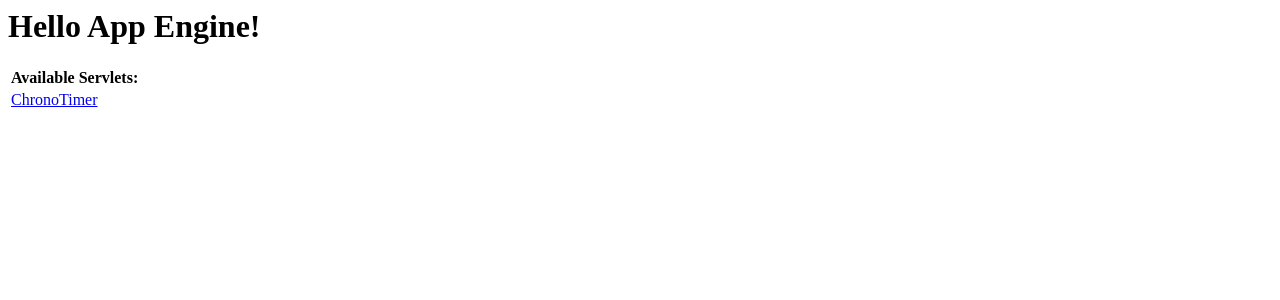
Repository: LogicLion/ChronTimer
Page: ChronoTimer/war/index.html
An editor plug-in stored every save of this project. The page is shown before and after the next save, followed by the edit.
The browser window is 1280 px wide. The pictures show the whole page.

Above is the page before, as saved 2015-02-25 18:21:05.

After the next save:
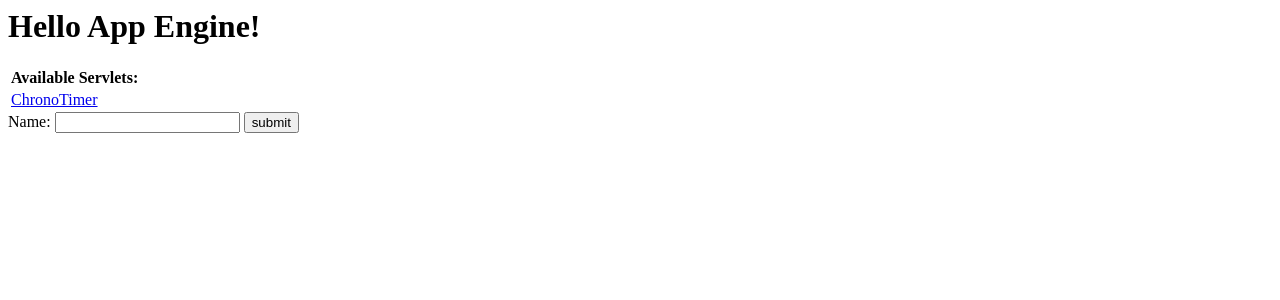
Saved 8 min 31 s later.
--- a/ChronoTimer/war/index.html
+++ b/ChronoTimer/war/index.html
@@ -23,5 +23,9 @@
         <td><a href="chronotimer">ChronoTimer</a></td>
       </tr>
     </table>
+    <form method="post" action="gae">
+    	Name: <input name="name" type="text"/>
+    	<input type="submit" value="submit"/>
+    </form>
   </body>
 </html>
